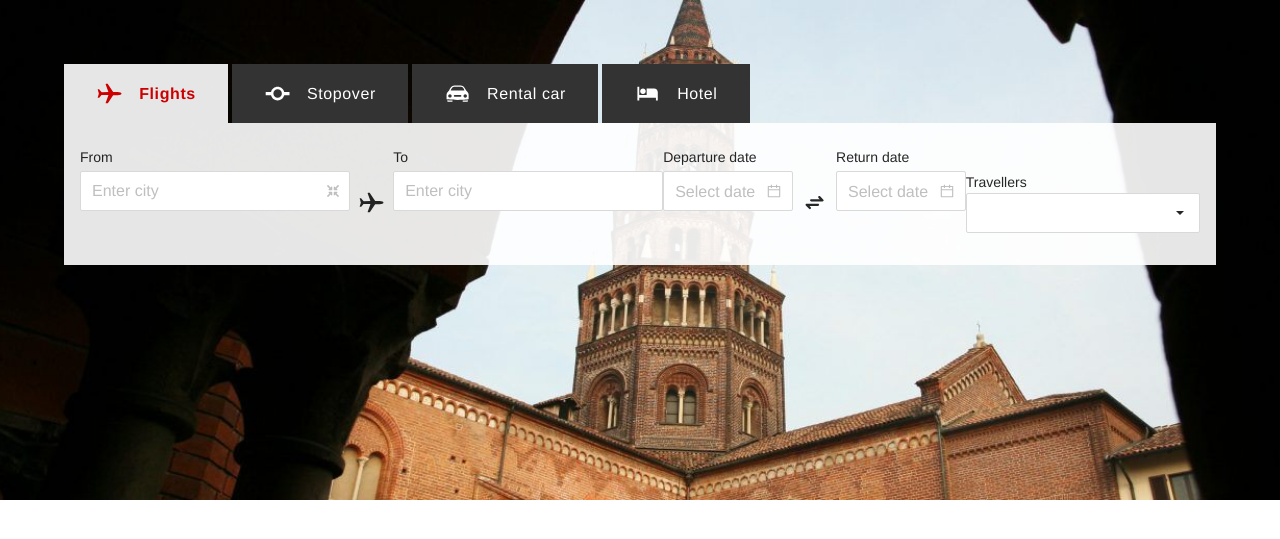
Repository: guidogr95/Everymundo-Excercise
Page: /
The author's editor kept a copy of each file at every save. The page is drawn from the files as they stood at one save, then again after the next save.
The browser window is 1280 px wide. The pictures show the whole page.
The project was rebuilt for these pictures with package versions that can differ from the ones it lists, and the page was loaded fresh each time. Also part of the build but not shown: src/components/CustomSpin/customspin.scss.

Above is the page before, as saved 2021-07-01 20:35:12.

### src/index.jsx
import React from 'react';
import ReactDOM from 'react-dom';
import App from './App';
import reportWebVitals from './reportWebVitals';
// redux
import { createStore } from 'redux'
import { Provider } from 'react-redux'
import { flightReducer } from 'src/redux/reducers/flightReducer'
const store = createStore(flightReducer)

ReactDOM.render(
  <React.StrictMode>
    <Provider store={store}>
      <App />
    </Provider>
  </React.StrictMode>,
  document.getElementById('root')
);

// If you want to start measuring performance in your app, pass a function
// to log results (for example: reportWebVitals(console.log))
// or send to an analytics endpoint. Learn more: https://bit.ly/CRA-vitals
reportWebVitals();

### src/App.jsx
// utils
import {
  QueryClient,
  QueryClientProvider,
} from 'react-query'
// styles
import 'antd/dist/antd.css';
import './app.scss';
// components
import BookingMask from 'src/components/BookingMask'

const queryClient = new QueryClient({
  defaultOptions: {
    queries: {
      refetchOnWindowFocus: false,
    },
  },
})

function App() {
  return (
    <QueryClientProvider client={queryClient}>
      <div className="App">
        <div className="flightmanager-container container" >
          <BookingMask />
        </div>
      </div>
    </QueryClientProvider>
  );
}

export default App;

### src/redux/reducers/flightReducer.js
const initialState = {
    geo: {
      origin: '',
      desination: ''
    },
    date: {
      departure: '',
      toReturn: '',
    },
    passengers: {
      adults: 1,
      children: 0,
      infants: 0
    }
}

export const flightReducer = (state = initialState, action) => {
  switch(action.type){
    case '@geo/update-origin':
      return {
          ...state,
          geo: {
          ...state.geo,
          origin: action.payload
        }
      }
    case '@geo/update-destination':
      return {
          ...state,
          geo: {
          ...state.geo,
          destination: action.payload
        }
      }
    case '@date/update-departure':
      return {
          ...state,
          date: {
          ...state.date,
          departure: action.payload
        }
      }
    case '@date/update-to-return':
      return {
          ...state,
          date: {
          ...state.date,
          toReturn: action.payload
        }
      }
    case '@passengers/update-adults--add':
      return {
          ...state,
          passengers: {
          ...state.passengers,
          adults: returnPlusOne(state.passengers.adults)
        }
      }
    case '@passengers/update-adults--subtract':
      return {
          ...state,
          passengers: {
          ...state.passengers,
          adults: state.passengers.adults > 0 ? returnMinusOne(state.passengers.adults) : 0
        }
      }
      case '@passengers/update-children--add':
        return {
          ...state,
          passengers: {
            ...state.passengers,
            children: returnPlusOne(state.passengers.children)
          }
        }
      case '@passengers/update-children--subtract':
        return {
            ...state,
            passengers: {
            ...state.passengers,
            children: state.passengers.children > 0 ? returnMinusOne(state.passengers.children) : 0
          }
        }
      case '@passengers/update-infants--add':
        return {
          ...state,
          passengers: {
            ...state.passengers,
            infants: returnPlusOne(state.passengers.infants)
          }
        }
      case '@passengers/update-infants--subtract':
        return {
            ...state,
            passengers: {
            ...state.passengers,
            infants: state.passengers.infants > 0 ? returnMinusOne(state.passengers.infants) : 0
          }
        }
    default:
      return state;
  }
}

// helpers
const returnPlusOne = (val) => val + 1
const returnMinusOne = (val) => val - 1

// action creators
// @geo
export const geoUpdateOrigin = (payload) => {
  return {
    type: '@geo/update-origin',
    payload
  }
}
export const geoUpdateDestination = (payload) => {
  return {
    type: '@geo/update-destination',
    payload
  }
}
// @date
export const dateUpdateDeparture = (payload) => {
  return {
    type: '@date/update-departure',
    payload
  }
}
export const dateUpdateToReturn = (payload) => {
  return {
    type: '@date/update-to-return',
    payload
  }
}
// @passengers
export const passUpdateAddAdults = () => {
  return {
    type: '@passengers/update-adults--add'
  }
}
export const passUpdateSubtractAdults = () => {
  return {
    type: '@passengers/update-adults--subtract'
  }
}
export const passUpdateAddChildren = () => {
  return {
    type: '@passengers/update-children--add'
  }
}
export const passUpdateSubtractChildren = () => {
  return {
    type: '@passengers/update-children--subtract'
  }
}
export const passUpdateAddInfants = () => {
  return {
    type: '@passengers/update-infants--add'
  }
}
export const passUpdateSubtractInfants = () => {
  return {
    type: '@passengers/update-infants--subtract'
  }
}

### src/app.scss
@import 'styles/global';

.App {
  .container {
    width: $desktop-maxwidth;
    max-width: 100%;
  }
  .flightmanager-container {
    background: url('./assets/images/bg.jpg');
    background-size: cover;
    background-position: center;
    min-height: 500px;
    margin: auto;
    padding: 4rem;
  }
}

### src/components/BookingMask/index.jsx
import { useState } from 'react'
// styles
import './bookingmask.scss'
// assets
import { IoIosAirplane, IoMdGitCommit, IoIosCar, IoMdBed } from 'react-icons/io'
// components
import EmptyTab from './EmptyTab'
import FlightsTab from './FlightsTab'

const BookingMask = () => {
  const tabs = [
    {
      name: 'Flights',
      icon: <IoIosAirplane />,
      component: <FlightsTab />
    },
    {
      name: 'Stopover',
      icon: <IoMdGitCommit />,
      component: <EmptyTab />
    },
    {
      name: 'Rental car',
      icon: <IoIosCar />,
      component: <EmptyTab />
    },
    {
      name: 'Hotel',
      icon: <IoMdBed />,
      component: <EmptyTab />
    }
  ]

  const [activeTab, setActiveTab] = useState(tabs[0].name)
  const handleTab = name => setActiveTab(name)

  return (
    <section className="bookingmask" >
      <ul className="bookingmask__nav" >
        {tabs.map(tab =>
          <button
            className={activeTab === tab.name ? 'active' : ''}
            onClick={() => handleTab(tab.name)}
            key={tab.name}
          >
            {tab.icon}<span>{tab.name}</span>
          </button>
        )}
      </ul>
      <div className="bookingmask__tabs-wrapper" >
          {tabs.map(tab =>
            <div
              key={tab.name}
              className={`bookingmask__tab${activeTab === tab.name ? ' active' : ''}`}
            >
              {tab.component}
            </div>
          )}
      </div>
    </section>
  )
}

export default BookingMask

### src/styles/_global.scss
@import 'variables';
@import 'mixins';

html,
body {
  position: relative;
  padding: 0;
  margin: 0;
  font-family: $font-family;
  -webkit-text-size-adjust: 100%;
  -webkit-font-smoothing: auto;
  -moz-font-smoothing: auto;
  -moz-osx-font-smoothing: auto;
  --antd-wave-shadow-color: #c00;
}
* {
  box-sizing: border-box;
}
ul {
  margin: 0;
  padding: 0;
}
button {
  border: none;
  cursor: pointer;
}
.ant-select {
  min-width: 270px;
}
.ant-select:not(.ant-select-disabled):hover .ant-select-selector,
.ant-select-focused:not(.ant-select-disabled).ant-select:not(.ant-select-customize-input) .ant-select-selector,
.ant-picker-focused,
.ant-picker-cell-in-view.ant-picker-cell-today .ant-picker-cell-inner::before,
.ant-picker:hover, .ant-picker-focused {
  border-color: $color-red !important;
}
.ant-picker-today-btn {
  color: $color-red !important;
}
body::-moz-selection,
body::selection {
  color: $color-red !important;
  background: $color-red !important;
}

### src/styles/_variables.scss
// measurements
$desktop-maxwidth: 90rem;
// colors
$color-red: #c00;
$color-gray: #333333;
$color-white: #fff;
// fonts
// font-family
$font-family: SwissText,Helvetica,Arial,sans-serif,LufthansaMamSymbolText;
// font-weight
$font-weight-medium: 700;
$font-weight-small: 300;
// font-size
$font-size-normal: 1rem;
$font-size-large: 1.7rem;
// line height
$line-height-medium: 2.2rem;
// letter spacing
$letter-spacing-small: .6px;

// tab variables
// colors
$color-active-tab-bg: hsla(0,0%,100%,.9);
// padding
$padding-tab-link: 1rem 2rem;
$padding-tab-content: 3rem 1rem 2rem 1rem;
// margin
$margin-tab-link: 0 0 0 .25rem;

### src/styles/_mixins.scss
// MIXINS
@mixin breakpoint($point) {
  @media (max-width: $point) {
    @content;
  }
}

### src/components/BookingMask/bookingmask.scss
@import '/src/styles/variables';
.bookingmask {
  &__nav {
    list-style: none;
    button {
      &:not(:first-of-type) {
        margin: $margin-tab-link;
      }
      color: $color-white;
      background: $color-gray;
      padding: $padding-tab-link;
      display: inline-flex;
      align-items: center;
      font-size: $font-size-normal;
      font-weight: $font-weight-small;
      letter-spacing: $letter-spacing-small;
      &.active {
        color: $color-red;
        font-weight: $font-weight-medium;
        background-color: $color-active-tab-bg;
      }
      svg {
        margin-right: 1rem;
        font-size: $font-size-large;
      }
    }
  }
  &__tabs-wrapper {
    position: relative;
  }
  &__tab {
    position: absolute;
    top: 0;
    left: 0;
    right: 0;
    padding: $padding-tab-content;
    background-color: $color-active-tab-bg;
    display: none;
    &.active {
      display: block;
    }
  }
}

### src/components/BookingMask/EmptyTab/index.jsx
const EmptyTab = () => {
  return (
    <div>
      some more stuff
    </div>
  )
}

export default EmptyTab

### src/components/BookingMask/FlightsTab/index.jsx

// components
import AirportInputs from './AirportInputs'
import DateInputs from './DateInputs'
import PassengersInput from './PassengersInput'

import './flightstab.scss'

export default function FlightsTab () {
  return (
    <div className="bookingmask__flight" >
      <AirportInputs/>
      <DateInputs/>
      <PassengersInput
        label="Travellers"
        id={"passInput"}
      />
    </div>
  )
}

### src/components/BookingMask/FlightsTab/AirportInputs/index.jsx
// assets
import { IoIosAirplane } from 'react-icons/io'
import { FaCompressArrowsAlt } from 'react-icons/fa'
// components
import AirportInput from './AirportInput'
// redux
import { useDispatch, useSelector } from 'react-redux'
import { geoUpdateOrigin, geoUpdateDestination } from 'src/redux/reducers/flightReducer'

import './airportinputs.scss'

export default function AirportInputs () {
  const state = useSelector(state => state.geo)
  const dispatch = useDispatch()
  const { origin, destination } = state

  return (
    <div className="bookingmask__flight--geo" >
      <AirportInput
        label="From"
        value={origin}
        setValue={(v) => dispatch(geoUpdateOrigin(v))}
        placeholder="Enter city"
        id="fromInput"
        showArrow={true}
        suffixIcon={<FaCompressArrowsAlt/>}
        />
      <span className="separator" >
        <IoIosAirplane/>
      </span>
      <AirportInput
        label="To"
        value={destination}
        setValue={(v) => dispatch(geoUpdateDestination(v))}
        placeholder="Enter city"
        id="toInput"
        showArrow={false}
      />
    </div>
  )
}

### src/components/BookingMask/FlightsTab/DateInputs/index.jsx
// assets
import { CgArrowsExchange } from 'react-icons/cg'
// components
import DateInput from './DateInput'
// redux
import { useDispatch } from 'react-redux'
import { dateUpdateDeparture, dateUpdateToReturn } from 'src/redux/reducers/flightReducer'

import './dateinputs.scss'

export default function DateInputs () {
  const dispatch = useDispatch()
  return (
    <div className="bookingmask__flight--date" >
      <DateInput
          label="Departure date"
          id="depInput"
          setValue={(v) => dispatch(dateUpdateDeparture(v))}
      />
      <span className="separator" >
        <CgArrowsExchange/>
      </span>
      <DateInput
          label="Return date"
          id="returnInput"
          setValue={(v) => dispatch(dateUpdateToReturn(v))}
      />
    </div>
  )
}

### src/components/BookingMask/FlightsTab/PassengersInput/index.jsx
// utils
import { Input } from 'antd'
// assets
import { IoMdArrowDropdown } from 'react-icons/io'

export default function PassengersInput ({ label, id }) {
  return (
    <div className="bookingmask__flight--pass" >
      { label && <label htmlFor={id} >{label}</label>}
      <Input
        suffix={<IoMdArrowDropdown/>}
        id={id}
        size="large"
      />
    </div>
  )
}

### src/components/BookingMask/FlightsTab/flightstab.scss
@import '/src/styles/variables';
.bookingmask__flight {
  display: grid;
  grid-template-columns: repeat(3, auto);
  .separator {
    display: flex;
    align-items: center;
    font-size: $font-size-large;
    padding: 0 .5rem;
  }
}

### src/components/BookingMask/FlightsTab/AirportInputs/AirportInput/index.jsx
import { useCallback, useState, useMemo } from 'react'
// utils
import throttle from 'lodash/throttle'
import { Select } from 'antd'
// api
import { fetchAirports } from 'src/api/fetchers'
// components
import CustomSpin from 'src/components/CustomSpin'

import './airportinput.scss'

const { Option } = Select

const AirportInput = ({ placeholder, showArrow, suffixIcon, label, id , value, setValue }) => {

  const [isLoading, setIsLoading] = useState(false)
  const [data, setData] = useState([])

  const throttledFetch = useMemo(
    () =>
      throttle(val => {
        fetchAirports(val)
        .then((res) => setData(res.data || []))
        .catch(() => setData([]))
        .finally(() => {
          setIsLoading(false)
        })
      }, 2000),
    []
  )
  const handleSelect = useCallback(
    val => {
      setIsLoading(true)
      const innerVal = val || ''
      setValue(innerVal)
      // fetching api accepts a min of 3 letters for search
      if (innerVal.length <= 2) {
        setData([])
        setIsLoading(false)
      } else {
        throttledFetch(val)
      }
    },
    [throttledFetch, setValue]
  )

  return (
    <div className="airportinput__wrapper" >
      {label && <label htmlFor={id} >{label}</label>}
      <Select
        showSearch
        allowClear
        id={id}
        placeholder={placeholder || 'Enter city'}
        value={value || undefined}
        onSearch={handleSelect}
        onChange={(val) => setValue(val)}
        onClear={handleSelect}
        size='large'
        showArrow={showArrow}
        suffixIcon={suffixIcon}
        optionLabelProp='value'
        defaultActiveFirstOption={false}
        dropdownClassName="airportinput__dropdown"
        filterOption={false}
        notFoundContent={isLoading ? <CustomSpin size="medium"/> : null}
      >
        {data.length > 0
          ? data.map(airport =>
            <Option key={airport.iata} value={`${airport.city} - ${airport.iata}`} >
              <span>{airport.name}</span>
              <span>{airport.iata}</span>
              <span>{airport.country.name}</span>
            </Option>)
          : null
        }
      </Select>
    </div>
  )
}

export default AirportInput

### src/components/BookingMask/FlightsTab/AirportInputs/airportinputs.scss
.bookingmask__flight--geo {
  display: flex;
}

### src/components/BookingMask/FlightsTab/DateInputs/DateInput/index.jsx
import { DatePicker } from 'antd'
import { useState } from 'react'

import './dateinput.scss'

const DateInput = ({ id, label, setValue }) => {
  const [dateObj, setDateObj] = useState('')
  const onChange = (date, dateString) => {
    setDateObj(date)
    setValue(dateString)
  }
  return (
    <div className="dateinput__wrapper" >
      {label && <label htmlFor={id} >{label}</label>}
      <DatePicker
        size="large"
        id={id}
        value={dateObj}
        onChange={onChange}
      />
    </div>
  )
}

export default DateInput

### src/components/BookingMask/FlightsTab/DateInputs/dateinputs.scss
.bookingmask__flight--date {
  display: flex;
}

### src/api/fetchers.js
// utils
import axios from 'axios'

const apiUrl = 'https://airportnames.vercel.app/api'

const fetchAirports = (term) => axios.post(`${apiUrl}/getAirports`, { term })

export {
  fetchAirports
}

### src/components/CustomSpin/index.jsx
import { Spin } from 'antd'
import { LoadingOutlined } from '@ant-design/icons'

import './customspin.scss'

const antIcon = <LoadingOutlined className="customspin" spin />

const CustomSpin = (props) => <Spin indicator={antIcon} {...props} />

export default CustomSpin

### src/components/BookingMask/FlightsTab/AirportInputs/AirportInput/airportinput.scss
.airportinput__dropdown {
  .ant-select-item-empty {
    text-align: center;
  }
  .ant-select-item-option-content {
    display: flex;
    flex-direction: column;
    span:nth-of-type(2) {
      font-weight: bold;
    }
  }
}
.airportinput__wrapper {
  display: flex;
  flex-direction: column;
  position: relative;
  label {
    position: absolute;
    left: 0;
    bottom: calc(100% + .2rem);
  }
}

### src/components/BookingMask/FlightsTab/DateInputs/DateInput/dateinput.scss
.dateinput__wrapper {
  display: flex;
  flex-direction: column;
  position: relative;
  label {
    position: absolute;
    left: 0;
    bottom: calc(100% + .2rem);
  }
}

Loaded but not shown: public/index.html (common file); src/reportWebVitals.js (common file)

After the next save:
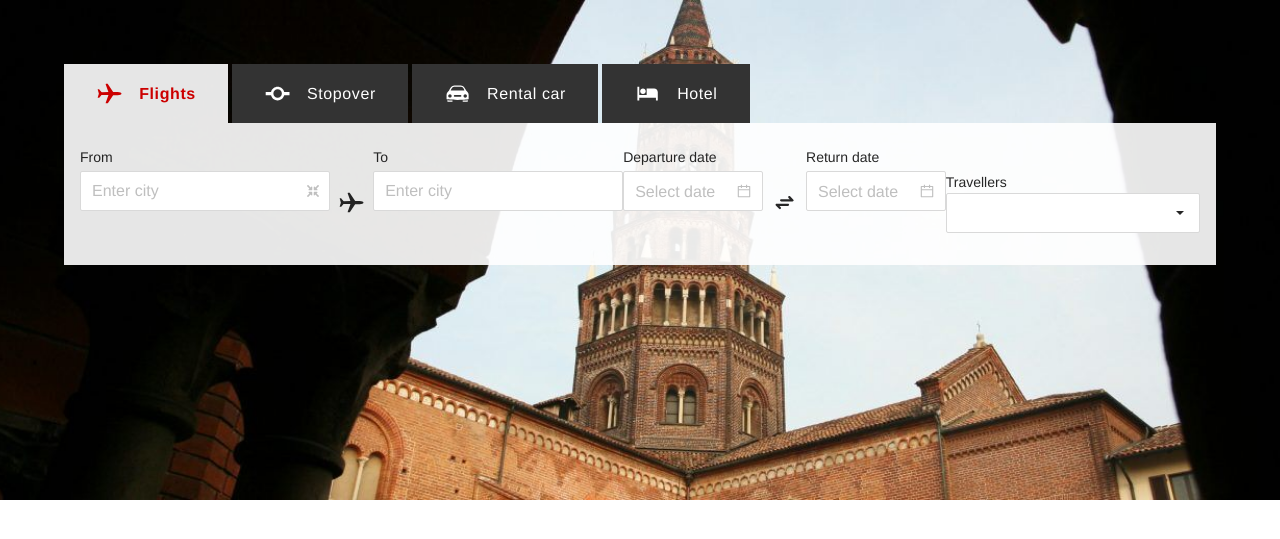
Saved 15 s later.
--- a/src/styles/_global.scss
+++ b/src/styles/_global.scss
@@ -25,7 +25,7 @@ button {
   cursor: pointer;
 }
 .ant-select {
-  min-width: 270px;
+  min-width: 250px;
 }
 .ant-select:not(.ant-select-disabled):hover .ant-select-selector,
 .ant-select-focused:not(.ant-select-disabled).ant-select:not(.ant-select-customize-input) .ant-select-selector,
